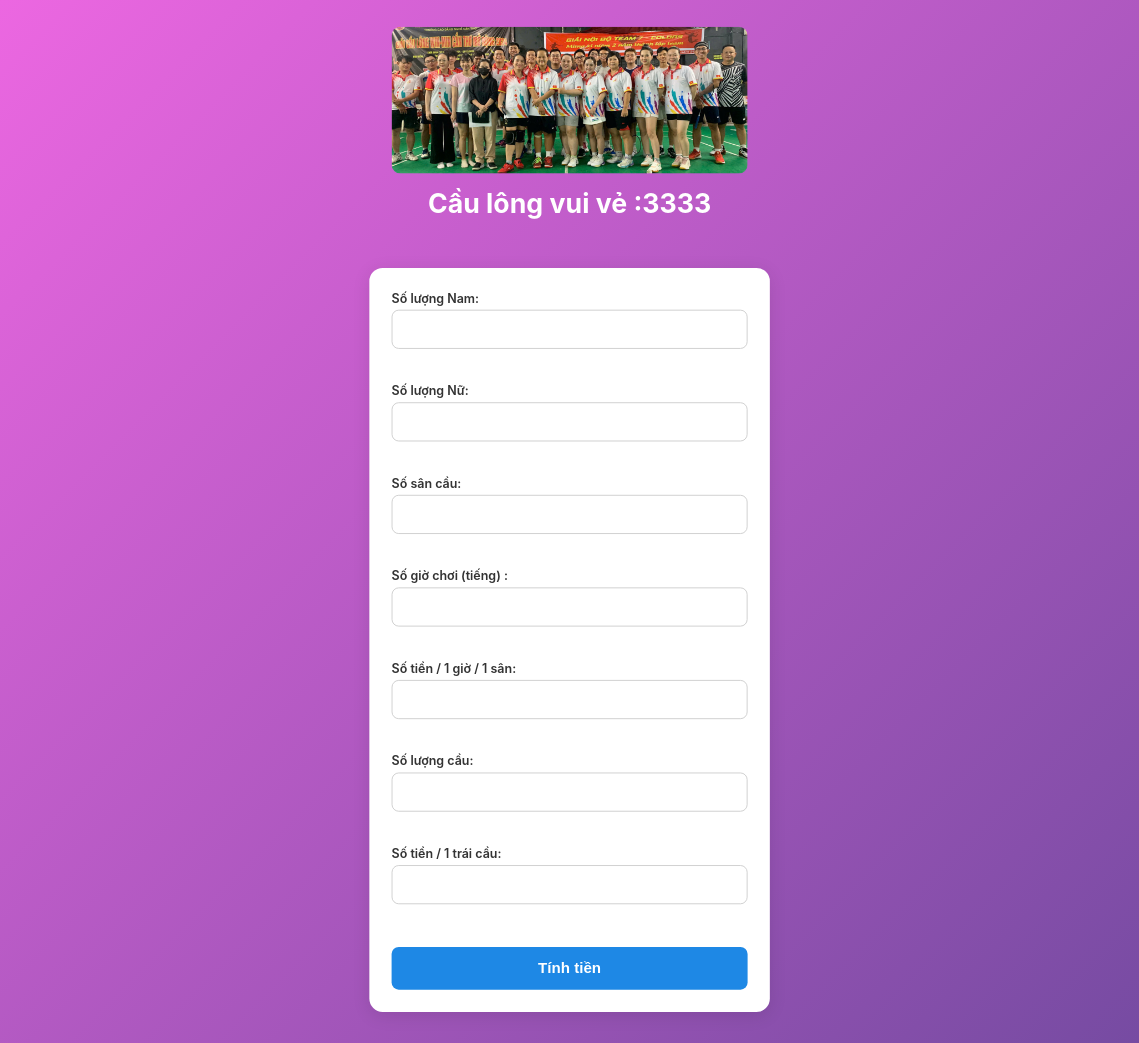
Repository: LuongPTCE181311/Badminton
Page: index.html
These files come from the project's save history. The page is drawn as it stood at one moment and after the next save; the edit follows.
The browser window is 1280 px wide. The pictures show the whole page, at 89% of full size.

Above is the page before, as saved 2025-12-07 22:25:28.

After the next save:
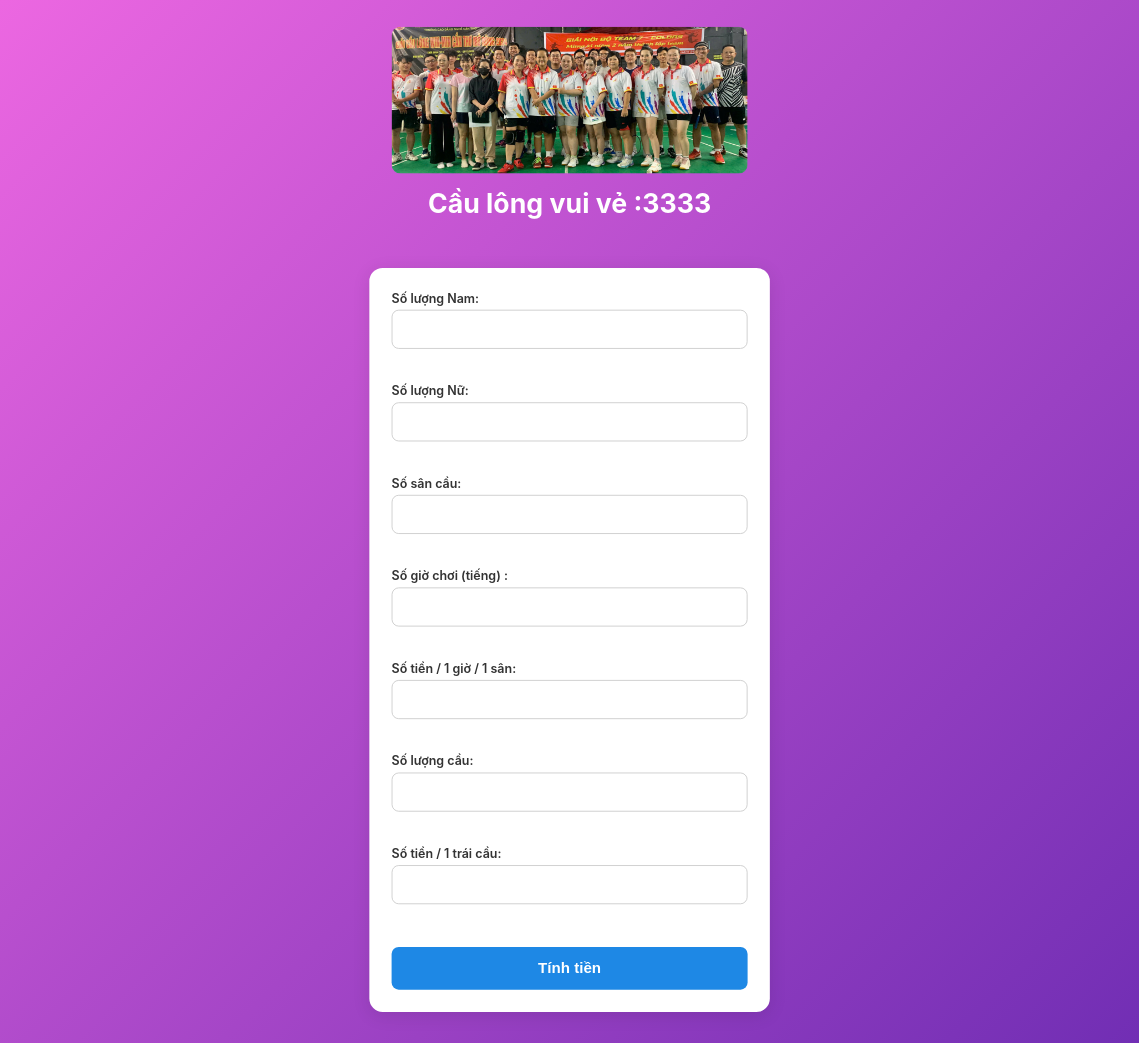
Saved 11 s later.
--- a/assets/css/style.css
+++ b/assets/css/style.css
@@ -7,7 +7,7 @@ body {
   padding: 10px;
   font-family: -apple-system, BlinkMacSystemFont, "Segoe UI", Roboto,
     "Helvetica Neue", Arial, sans-serif;
-  background: linear-gradient(135deg, #ec67e1 0%, #764ba2 100%);
+  background: linear-gradient(135deg, #ec67e1 0%, #712eb4 100%);
   min-height: 100vh;
 }
 
